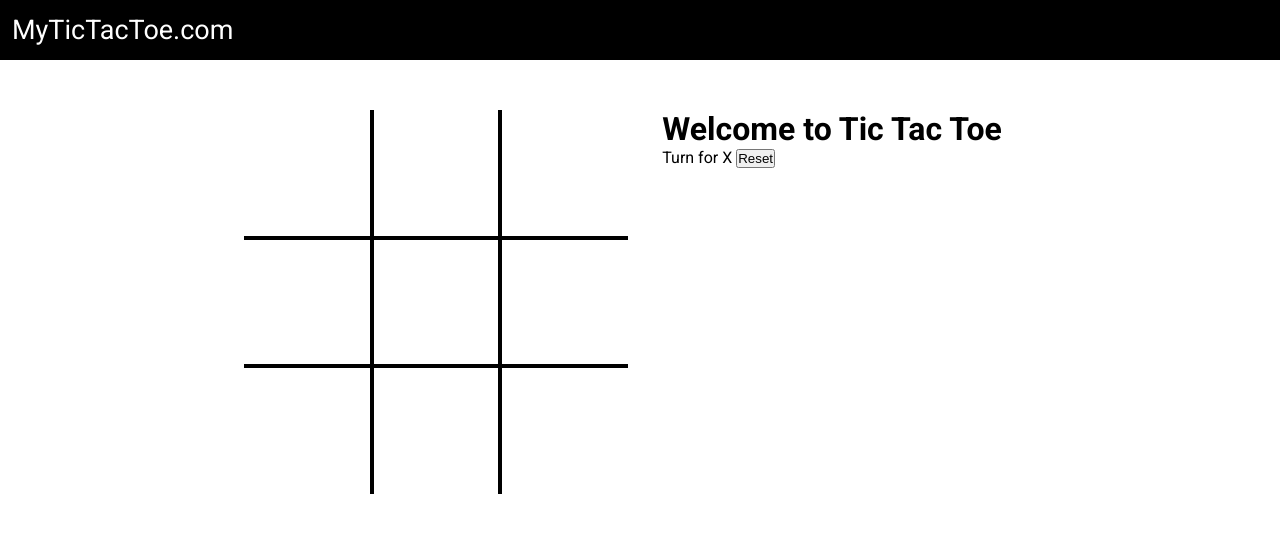
Repository: AshwinUgale/TicTacToe
Page: index.html
An editor plug-in stored every save of this project. The page is shown before and after the next save, followed by the edit.
The browser window is 1280 px wide. The pictures show the whole page.

Above is the page before, as saved 2024-12-19 12:52:27.

After the next save:
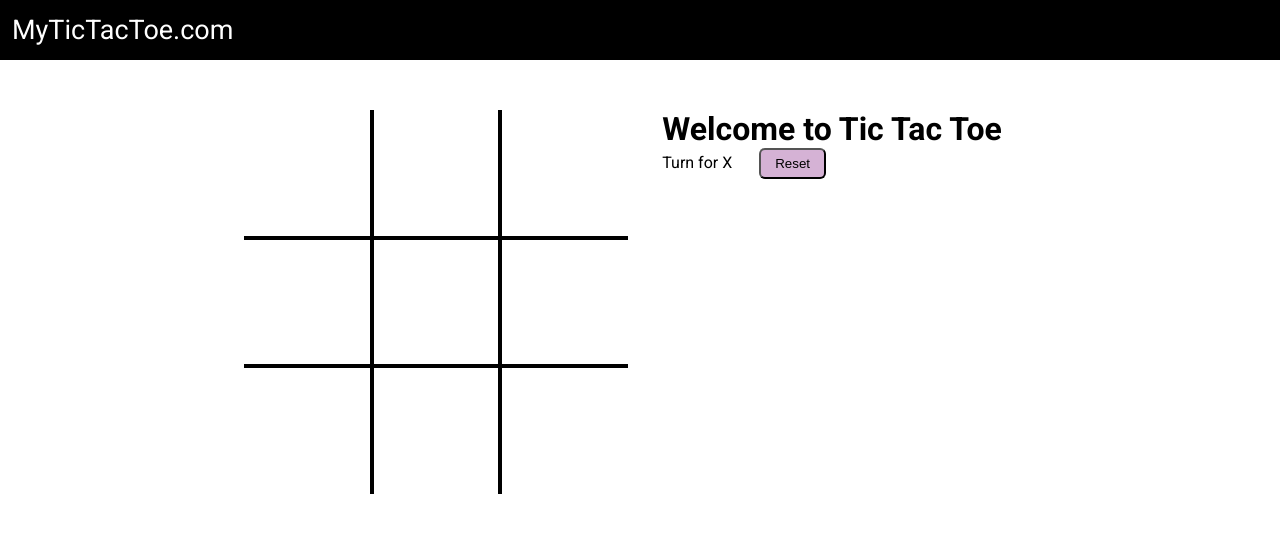
Saved 3 min 35 s later.
--- a/style.css
+++ b/style.css
@@ -71,3 +71,11 @@ nav ul{
 .bb-0{
     border-bottom: 0;
 }
+
+#reset {
+    margin: 0 23px;
+    padding: 6px 14px;
+    background: rgb(213, 178, 213);
+    border-radius: 6px;
+    cursor: pointer;
+}
